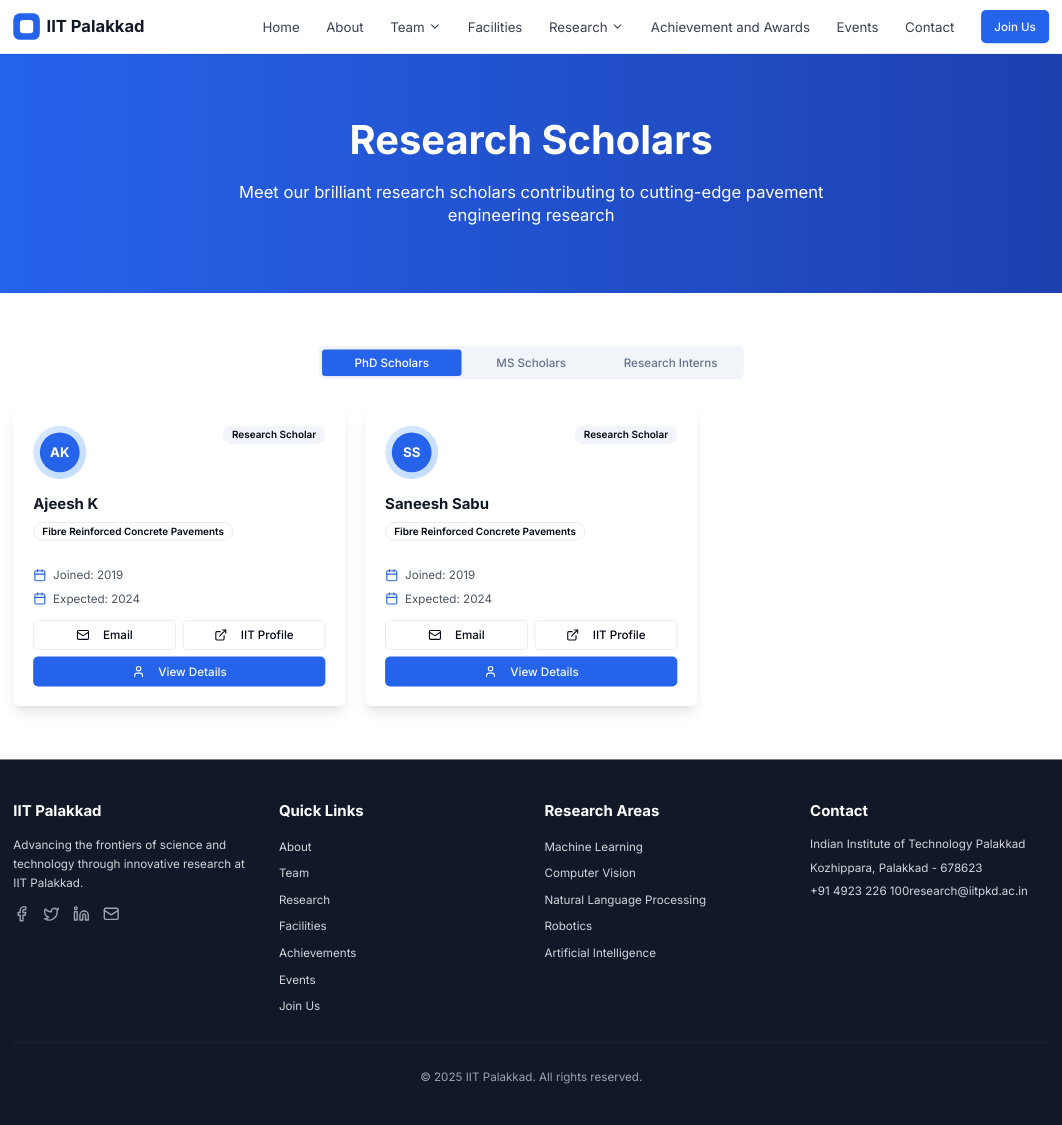
Repository: Gopikrish-30/ARISE
Page: /team/scholars
An editor plug-in stored every save of this project. The page is shown before and after the next save, followed by the edit.
The browser window is 1280 px wide. The pictures show the whole page, at 83% of full size.
The project was rebuilt for these pictures with package versions that can differ from the ones it lists, and the page was loaded fresh each time. The framework's server and built-in components were replaced by stand-ins that run in the browser. Also part of the build but not shown: next.config.mjs, components/ui/dialog.tsx.

Above is the page before, as saved 2025-06-22 23:58:54.

### app/layout.tsx
import type React from "react"
import type { Metadata } from "next"
import { Inter } from "next/font/google"
import "./globals.css"
import { Navbar } from "@/components/navbar"
import { Footer } from "@/components/footer"

const inter = Inter({ subsets: ["latin"] })

export const metadata: Metadata = {
  title: "IIT Palakkad - Department Showcase",
  description: "Advancing the frontiers of science and technology through innovative research at IIT Palakkad",
}

export default function RootLayout({
  children,
}: {
  children: React.ReactNode
}) {
  return (
    <html lang="en">
      <body className={inter.className}>
        <Navbar />
        <main className="min-h-screen">{children}</main>
        <Footer />
      </body>
    </html>
  )
}

### app/team/scholars/page.tsx
import { ResearchScholarsGrid } from "@/components/research-scholars-grid"

export default function ScholarsPage() {
  return (
    <div className="bg-white min-h-screen">
      {/* Hero Section */}
      <section className="bg-gradient-to-r from-blue-600 to-blue-800 text-white py-20">
        <div className="container mx-auto px-4 text-center">
          <h1 className="text-4xl md:text-5xl font-bold mb-6">Research Scholars</h1>
          <p className="text-xl max-w-3xl mx-auto">
            Meet our brilliant research scholars contributing to cutting-edge pavement engineering research
          </p>
        </div>
      </section>

      {/* Scholars Content */}
      <section className="py-16">
        <div className="container mx-auto px-4">
          <ResearchScholarsGrid />
        </div>
      </section>
    </div>
  )
}

### app/globals.css
@tailwind base;
@tailwind components;
@tailwind utilities;

@layer base {
  :root {
    --background: 0 0% 100%;
    --foreground: 222.2 84% 4.9%;
    --card: 0 0% 100%;
    --card-foreground: 222.2 84% 4.9%;
    --popover: 0 0% 100%;
    --popover-foreground: 222.2 84% 4.9%;
    --primary: 221.2 83.2% 53.3%;
    --primary-foreground: 210 40% 98%;
    --secondary: 210 40% 96%;
    --secondary-foreground: 222.2 84% 4.9%;
    --muted: 210 40% 96%;
    --muted-foreground: 215.4 16.3% 46.9%;
    --accent: 210 40% 96%;
    --accent-foreground: 222.2 84% 4.9%;
    --destructive: 0 84.2% 60.2%;
    --destructive-foreground: 210 40% 98%;
    --border: 214.3 31.8% 91.4%;
    --input: 214.3 31.8% 91.4%;
    --ring: 221.2 83.2% 53.3%;
    --radius: 0.5rem;
  }

  .dark {
    --background: 222.2 84% 4.9%;
    --foreground: 210 40% 98%;
    --card: 222.2 84% 4.9%;
    --card-foreground: 210 40% 98%;
    --popover: 222.2 84% 4.9%;
    --popover-foreground: 210 40% 98%;
    --primary: 217.2 91.2% 59.8%;
    --primary-foreground: 222.2 84% 4.9%;
    --secondary: 217.2 32.6% 17.5%;
    --secondary-foreground: 210 40% 98%;
    --muted: 217.2 32.6% 17.5%;
    --muted-foreground: 215 20.2% 65.1%;
    --accent: 217.2 32.6% 17.5%;
    --accent-foreground: 210 40% 98%;
    --destructive: 0 62.8% 30.6%;
    --destructive-foreground: 210 40% 98%;
    --border: 217.2 32.6% 17.5%;
    --input: 217.2 32.6% 17.5%;
    --ring: 224.3 76.3% 94.1%;
  }
}

@layer base {
  * {
    @apply border-border;
  }
  body {
    @apply bg-background text-foreground;
  }
}

@layer utilities {
  .line-clamp-3 {
    display: -webkit-box;
    -webkit-line-clamp: 3;
    -webkit-box-orient: vertical;
    overflow: hidden;
  }
}

### components/research-scholars-grid.tsx
"use client"

import { useState } from "react"
import { Tabs, TabsContent, TabsList, TabsTrigger } from "@/components/ui/tabs"
import { Card, CardContent } from "@/components/ui/card"
import { Badge } from "@/components/ui/badge"
import { Button } from "@/components/ui/button"
import { Dialog, DialogContent, DialogHeader, DialogTitle, DialogTrigger } from "@/components/ui/dialog"
import { Mail, Calendar, ExternalLink, Phone, MapPin, User } from "lucide-react"

export function ResearchScholarsGrid() {
  const [selectedScholar, setSelectedScholar] = useState<any>(null)

  const phdScholars = [
    {
      name: "Ajeesh K",
      role: "Research Scholar",
      interests: ["Fibre Reinforced Concrete Pavements"],
      joiningDate: "2019",
      expectedCompletion: "2024",
      email: "101914001@smail.iitpkd.ac.in",
      phone: "+91 9876543210",
      iitProfile: "https://iitpkd.ac.in/people/101914001",

    },

    {
      name: "Saneesh Sabu",
      role: "Research Scholar",
      interests: ["Fibre Reinforced Concrete Pavements"],
      joiningDate: "2019",
      expectedCompletion: "2024",
      email: "101914001@smail.iitpkd.ac.in",
      phone: "+91 9876543210",
      iitProfile: "https://iitpkd.ac.in/people/101914001",

    },

  ]

  const msScholars = [
    {
      name: "Rahul Gupta",
      role: "MS Scholar",
      interests: ["Robotics", "Control Systems", "Autonomous Navigation"],
      joiningDate: "July 2023",
      expectedCompletion: "June 2025",
      bio: "Developing autonomous navigation systems for mobile robots in dynamic environments. His work focuses on SLAM algorithms and path planning.",
      email: "rahul.gupta@iitpkd.ac.in",
      phone: "+91 9876543212",
      office: "Room 201, Robotics Lab",
      supervisor: "Dr. Priya Sharma",
      iitProfile: "https://iitpkd.ac.in/students/rahul-gupta",
      publications: 2,
      conferences: 4,
    },
    {
      name: "Kavya Nair",
      role: "MS Scholar",
      interests: ["Machine Learning", "Data Mining", "Anomaly Detection"],
      joiningDate: "January 2023",
      expectedCompletion: "December 2024",
      bio: "Research on anomaly detection in large-scale distributed systems. She is developing novel algorithms for real-time anomaly detection.",
      email: "kavya.nair@iitpkd.ac.in",
      phone: "+91 9876543213",
      office: "Room 202, CS Lab",
      supervisor: "Dr. Rajesh Kumar",
      iitProfile: "https://iitpkd.ac.in/students/kavya-nair",
      publications: 1,
      conferences: 3,
    },
  ]

  const interns = [
    {
      name: "Arjun Singh",
      role: "Research Intern",
      interests: ["Computer Vision", "Image Processing", "Autonomous Vehicles"],
      joiningDate: "May 2024",
      duration: "6 months",
      bio: "Summer intern working on object detection algorithms for autonomous vehicles. He is developing real-time detection systems.",
      email: "arjun.singh@iitpkd.ac.in",
      phone: "+91 9876543214",
      office: "Room 101, CV Lab",
      supervisor: "Dr. Rajesh Kumar",
      iitProfile: "https://iitpkd.ac.in/interns/arjun-singh",
      university: "NIT Calicut",
    },
    {
      name: "Meera Krishnan",
      role: "Research Intern",
      interests: ["AI", "Machine Learning", "Healthcare AI"],
      joiningDate: "June 2024",
      duration: "4 months",
      bio: "Undergraduate intern exploring applications of AI in healthcare diagnostics. She is working on diagnostic image analysis.",
      email: "meera.krishnan@iitpkd.ac.in",
      phone: "+91 9876543215",
      office: "Room 102, AI Lab",
      supervisor: "Dr. Veena Venudharan",
      iitProfile: "https://iitpkd.ac.in/interns/meera-krishnan",
      university: "IIIT Hyderabad",
    },
  ]

  const handleEmailClick = (email: string, name: string) => {
    window.location.href = `mailto:${email}?subject=Research Collaboration Inquiry&body=Dear ${name},%0D%0A%0D%0AI am writing to inquire about your research work...`
  }

  const handleProfileClick = (profileUrl: string) => {
    window.open(profileUrl, "_blank")
  }

  const ScholarCard = ({ scholar, showCompletion = true }: { scholar: any; showCompletion?: boolean }) => (
    <Card className="group overflow-hidden hover:shadow-xl transition-all duration-300 transform hover:-translate-y-1 border-0 shadow-lg">
      <CardContent className="p-6">
        <div className="flex items-start justify-between mb-4">
          <div className="w-16 h-16 bg-gradient-to-br from-blue-100 to-blue-200 rounded-full flex items-center justify-center group-hover:scale-110 transition-transform duration-300">
            <div className="w-12 h-12 bg-blue-600 rounded-full flex items-center justify-center text-white font-bold">
              {scholar.name
                .split(" ")
                .map((n: string) => n[0])
                .join("")}
            </div>
          </div>
          <Badge variant="secondary" className="group-hover:bg-blue-100 transition-colors">
            {scholar.role}
          </Badge>
        </div>

        <h3 className="text-lg font-bold text-gray-900 mb-2 group-hover:text-blue-600 transition-colors">
          {scholar.name}
        </h3>

        <div className="flex flex-wrap gap-1 mb-4">
          {scholar.interests.slice(0, 2).map((interest: string, idx: number) => (
            <Badge key={idx} variant="outline" className="text-xs hover:bg-blue-50 transition-colors">
              {interest}
            </Badge>
          ))}
          {scholar.interests.length > 2 && (
            <Badge variant="outline" className="text-xs hover:bg-blue-50 transition-colors">
              +{scholar.interests.length - 2} more
            </Badge>
          )}
        </div>

        <p className="text-gray-600 text-sm mb-4 leading-relaxed line-clamp-3">{scholar.bio}</p>

        <div className="space-y-2 mb-4 text-sm text-gray-600">
          <div className="flex items-center">
            <Calendar className="w-4 h-4 mr-2 text-blue-600" />
            <span>Joined: {scholar.joiningDate}</span>
          </div>
          {showCompletion && scholar.expectedCompletion && (
            <div className="flex items-center">
              <Calendar className="w-4 h-4 mr-2 text-blue-600" />
              <span>Expected: {scholar.expectedCompletion}</span>
            </div>
          )}
          {scholar.duration && (
            <div className="flex items-center">
              <Calendar className="w-4 h-4 mr-2 text-blue-600" />
              <span>Duration: {scholar.duration}</span>
            </div>
          )}
        </div>

        <div className="flex flex-col gap-2">
          <div className="flex gap-2">
            <Button
              variant="outline"
              size="sm"
              className="flex-1 hover:bg-blue-50 hover:border-blue-300 transition-all duration-200"
              onClick={() => handleEmailClick(scholar.email, scholar.name)}
            >
              <Mail className="w-4 h-4 mr-2" />
              Email
            </Button>
            <Button
              variant="outline"
              size="sm"
              className="flex-1 hover:bg-green-50 hover:border-green-300 transition-all duration-200"
              onClick={() => handleProfileClick(scholar.iitProfile)}
            >
              <ExternalLink className="w-4 h-4 mr-2" />
              IIT Profile
            </Button>
          </div>
          <Dialog>
            <DialogTrigger asChild>
              <Button
                size="sm"
                className="w-full bg-blue-600 hover:bg-blue-700 transform hover:scale-105 transition-all duration-200"
                onClick={() => setSelectedScholar(scholar)}
              >
                <User className="w-4 h-4 mr-2" />
                View Details
              </Button>
            </DialogTrigger>
          </Dialog>
        </div>
      </CardContent>
    </Card>
  )

  return (
    <>
      <Tabs defaultValue="phd" className="w-full">
        <TabsList className="grid w-full grid-cols-3 max-w-lg mx-auto mb-8">
          <TabsTrigger value="phd" className="data-[state=active]:bg-blue-600 data-[state=active]:text-white">
            PhD Scholars
          </TabsTrigger>
          <TabsTrigger value="ms" className="data-[state=active]:bg-blue-600 data-[state=active]:text-white">
            MS Scholars
          </TabsTrigger>
          <TabsTrigger value="interns" className="data-[state=active]:bg-blue-600 data-[state=active]:text-white">
            Research Interns
          </TabsTrigger>
        </TabsList>

        <TabsContent value="phd">
          <div className="grid md:grid-cols-2 lg:grid-cols-3 gap-6">
            {phdScholars.map((scholar, index) => (
              <ScholarCard key={index} scholar={scholar} />
            ))}
          </div>
        </TabsContent>

        <TabsContent value="ms">
          <div className="grid md:grid-cols-2 lg:grid-cols-3 gap-6">
            {msScholars.map((scholar, index) => (
              <ScholarCard key={index} scholar={scholar} />
            ))}
          </div>
        </TabsContent>

        <TabsContent value="interns">
          <div className="grid md:grid-cols-2 lg:grid-cols-3 gap-6">
            {interns.map((scholar, index) => (
              <ScholarCard key={index} scholar={scholar} showCompletion={false} />
            ))}
          </div>
        </TabsContent>
      </Tabs>

      {/* Scholar Details Modal */}
      {selectedScholar && (
        <Dialog open={!!selectedScholar} onOpenChange={() => setSelectedScholar(null)}>
          <DialogContent className="max-w-3xl max-h-[90vh] overflow-y-auto">
            <DialogHeader>
              <DialogTitle className="text-2xl font-bold text-blue-600">{selectedScholar.name}</DialogTitle>
            </DialogHeader>

            <div className="grid md:grid-cols-3 gap-6">
              <div className="md:col-span-1">
                <div className="bg-gradient-to-br from-blue-100 to-blue-200 rounded-lg h-48 flex items-center justify-center mb-4">
                  <div className="w-24 h-24 bg-blue-600 rounded-full flex items-center justify-center text-white text-2xl font-bold">
                    {selectedScholar.name
                      .split(" ")
                      .map((n: string) => n[0])
                      .join("")}
                  </div>
                </div>

                <div className="space-y-2">
                  <Button
                    className="w-full bg-blue-600 hover:bg-blue-700"
                    onClick={() => handleProfileClick(selectedScholar.iitProfile)}
                  >
                    <ExternalLink className="w-4 h-4 mr-2" />
                    IIT Profile
                  </Button>
                  <Button
                    variant="outline"
                    className="w-full"
                    onClick={() => handleEmailClick(selectedScholar.email, selectedScholar.name)}
                  >
                    <Mail className="w-4 h-4 mr-2" />
                    Send Email
                  </Button>
                </div>
              </div>

              <div className="md:col-span-2">
                <Badge className="mb-4 bg-blue-100 text-blue-800">{selectedScholar.role}</Badge>

                <div className="space-y-4">
                  <div>
                    <h4 className="font-semibold text-gray-900 mb-2">Research Interests</h4>
                    <div className="flex flex-wrap gap-2">
                      {selectedScholar.interests.map((interest: string, idx: number) => (
                        <Badge key={idx} variant="outline" className="hover:bg-blue-50">
                          {interest}
                        </Badge>
                      ))}
                    </div>
                  </div>

                  <div>
                    <h4 className="font-semibold text-gray-900 mb-2">About</h4>
                    <p className="text-gray-600 leading-relaxed">{selectedScholar.bio}</p>
                  </div>

                  {selectedScholar.publications && (
                    <div className="grid grid-cols-2 gap-4 p-4 bg-gray-50 rounded-lg">
                      <div className="text-center">
                        <div className="text-2xl font-bold text-blue-600">{selectedScholar.publications}</div>
                        <div className="text-sm text-gray-600">Publications</div>
                      </div>
                      <div className="text-center">
                        <div className="text-2xl font-bold text-blue-600">{selectedScholar.conferences}</div>
                        <div className="text-sm text-gray-600">Conferences</div>
                      </div>
                    </div>
                  )}

                  <div className="grid md:grid-cols-2 gap-4 pt-4 border-t">
                    <div className="space-y-2">
                      <div className="flex items-center text-gray-600">
                        <Mail className="w-4 h-4 mr-2" />
                        <span className="text-sm">{selectedScholar.email}</span>
                      </div>
                      <div className="flex items-center text-gray-600">
                        <Phone className="w-4 h-4 mr-2" />
                        <span className="text-sm">{selectedScholar.phone}</span>
                      </div>
                    </div>
                    <div className="space-y-2">
                      <div className="flex items-center text-gray-600">
                        <MapPin className="w-4 h-4 mr-2" />
                        <span className="text-sm">{selectedScholar.office}</span>
                      </div>
                      <div className="flex items-center text-gray-600">
                        <User className="w-4 h-4 mr-2" />
                        <span className="text-sm">Supervisor: {selectedScholar.supervisor}</span>
                      </div>
                    </div>
                  </div>
                </div>
              </div>
            </div>
          </DialogContent>
        </Dialog>
      )}
    </>
  )
}

### components/ui/tabs.tsx
"use client"

import * as React from "react"
import * as TabsPrimitive from "@radix-ui/react-tabs"

import { cn } from "@/lib/utils"

const Tabs = TabsPrimitive.Root

const TabsList = React.forwardRef<
  React.ElementRef<typeof TabsPrimitive.List>,
  React.ComponentPropsWithoutRef<typeof TabsPrimitive.List>
>(({ className, ...props }, ref) => (
  <TabsPrimitive.List
    ref={ref}
    className={cn(
      "inline-flex h-10 items-center justify-center rounded-md bg-muted p-1 text-muted-foreground",
      className
    )}
    {...props}
  />
))
TabsList.displayName = TabsPrimitive.List.displayName

const TabsTrigger = React.forwardRef<
  React.ElementRef<typeof TabsPrimitive.Trigger>,
  React.ComponentPropsWithoutRef<typeof TabsPrimitive.Trigger>
>(({ className, ...props }, ref) => (
  <TabsPrimitive.Trigger
    ref={ref}
    className={cn(
      "inline-flex items-center justify-center whitespace-nowrap rounded-sm px-3 py-1.5 text-sm font-medium ring-offset-background transition-all focus-visible:outline-none focus-visible:ring-2 focus-visible:ring-ring focus-visible:ring-offset-2 disabled:pointer-events-none disabled:opacity-50 data-[state=active]:bg-background data-[state=active]:text-foreground data-[state=active]:shadow-sm",
      className
    )}
    {...props}
  />
))
TabsTrigger.displayName = TabsPrimitive.Trigger.displayName

const TabsContent = React.forwardRef<
  React.ElementRef<typeof TabsPrimitive.Content>,
  React.ComponentPropsWithoutRef<typeof TabsPrimitive.Content>
>(({ className, ...props }, ref) => (
  <TabsPrimitive.Content
    ref={ref}
    className={cn(
      "mt-2 ring-offset-background focus-visible:outline-none focus-visible:ring-2 focus-visible:ring-ring focus-visible:ring-offset-2",
      className
    )}
    {...props}
  />
))
TabsContent.displayName = TabsPrimitive.Content.displayName

export { Tabs, TabsList, TabsTrigger, TabsContent }

### components/ui/card.tsx
import * as React from "react"

import { cn } from "@/lib/utils"

const Card = React.forwardRef<
  HTMLDivElement,
  React.HTMLAttributes<HTMLDivElement>
>(({ className, ...props }, ref) => (
  <div
    ref={ref}
    className={cn(
      "rounded-lg border bg-card text-card-foreground shadow-sm",
      className
    )}
    {...props}
  />
))
Card.displayName = "Card"

const CardHeader = React.forwardRef<
  HTMLDivElement,
  React.HTMLAttributes<HTMLDivElement>
>(({ className, ...props }, ref) => (
  <div
    ref={ref}
    className={cn("flex flex-col space-y-1.5 p-6", className)}
    {...props}
  />
))
CardHeader.displayName = "CardHeader"

const CardTitle = React.forwardRef<
  HTMLDivElement,
  React.HTMLAttributes<HTMLDivElement>
>(({ className, ...props }, ref) => (
  <div
    ref={ref}
    className={cn(
      "text-2xl font-semibold leading-none tracking-tight",
      className
    )}
    {...props}
  />
))
CardTitle.displayName = "CardTitle"

const CardDescription = React.forwardRef<
  HTMLDivElement,
  React.HTMLAttributes<HTMLDivElement>
>(({ className, ...props }, ref) => (
  <div
    ref={ref}
    className={cn("text-sm text-muted-foreground", className)}
    {...props}
  />
))
CardDescription.displayName = "CardDescription"

const CardContent = React.forwardRef<
  HTMLDivElement,
  React.HTMLAttributes<HTMLDivElement>
>(({ className, ...props }, ref) => (
  <div ref={ref} className={cn("p-6 pt-0", className)} {...props} />
))
CardContent.displayName = "CardContent"

const CardFooter = React.forwardRef<
  HTMLDivElement,
  React.HTMLAttributes<HTMLDivElement>
>(({ className, ...props }, ref) => (
  <div
    ref={ref}
    className={cn("flex items-center p-6 pt-0", className)}
    {...props}
  />
))
CardFooter.displayName = "CardFooter"

export { Card, CardHeader, CardFooter, CardTitle, CardDescription, CardContent }

### components/ui/badge.tsx
import * as React from "react"
import { cva, type VariantProps } from "class-variance-authority"

import { cn } from "@/lib/utils"

const badgeVariants = cva(
  "inline-flex items-center rounded-full border px-2.5 py-0.5 text-xs font-semibold transition-colors focus:outline-none focus:ring-2 focus:ring-ring focus:ring-offset-2",
  {
    variants: {
      variant: {
        default:
          "border-transparent bg-primary text-primary-foreground hover:bg-primary/80",
        secondary:
          "border-transparent bg-secondary text-secondary-foreground hover:bg-secondary/80",
        destructive:
          "border-transparent bg-destructive text-destructive-foreground hover:bg-destructive/80",
        outline: "text-foreground",
      },
    },
    defaultVariants: {
      variant: "default",
    },
  }
)

export interface BadgeProps
  extends React.HTMLAttributes<HTMLDivElement>,
    VariantProps<typeof badgeVariants> {}

function Badge({ className, variant, ...props }: BadgeProps) {
  return (
    <div className={cn(badgeVariants({ variant }), className)} {...props} />
  )
}

export { Badge, badgeVariants }

Loaded but not shown: lib/utils.ts (common file); tailwind.config.ts (common file); components/ui/dropdown-menu.tsx (200 lines, source omitted); components/navbar.tsx (136 lines, source omitted); components/footer.tsx (144 lines, source omitted); components/ui/button.tsx (56 lines, source omitted)

After the next save:
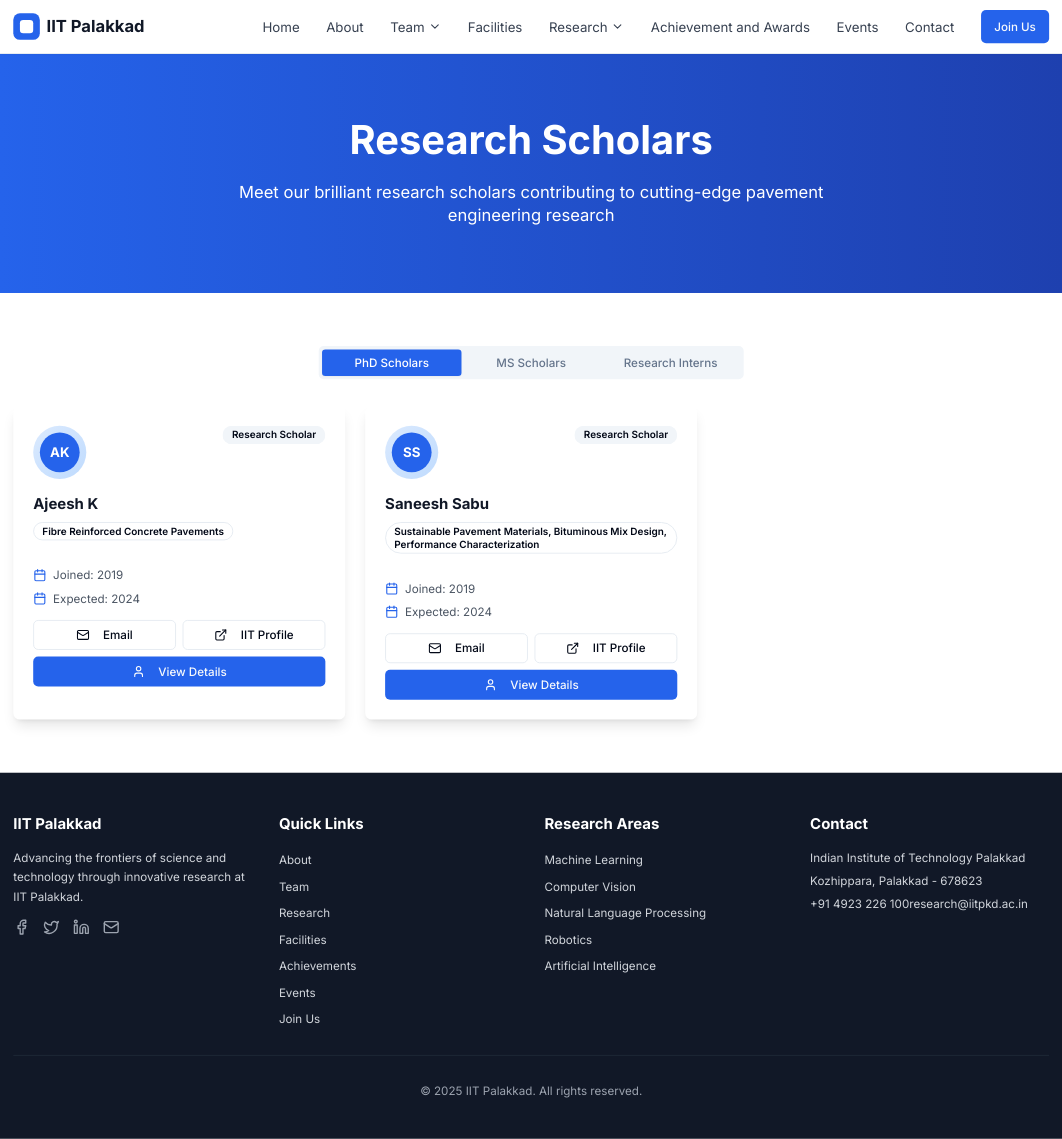
Saved 28 s later.
--- a/components/research-scholars-grid.tsx
+++ b/components/research-scholars-grid.tsx
@@ -27,7 +27,7 @@
     {
       name: "Saneesh Sabu",
       role: "Research Scholar",
-      interests: ["Fibre Reinforced Concrete Pavements"],
+      interests: ["Sustainable Pavement Materials, Bituminous Mix Design, Performance Characterization"],
       joiningDate: "2019",
       expectedCompletion: "2024",
       email: "101914001@smail.iitpkd.ac.in",
